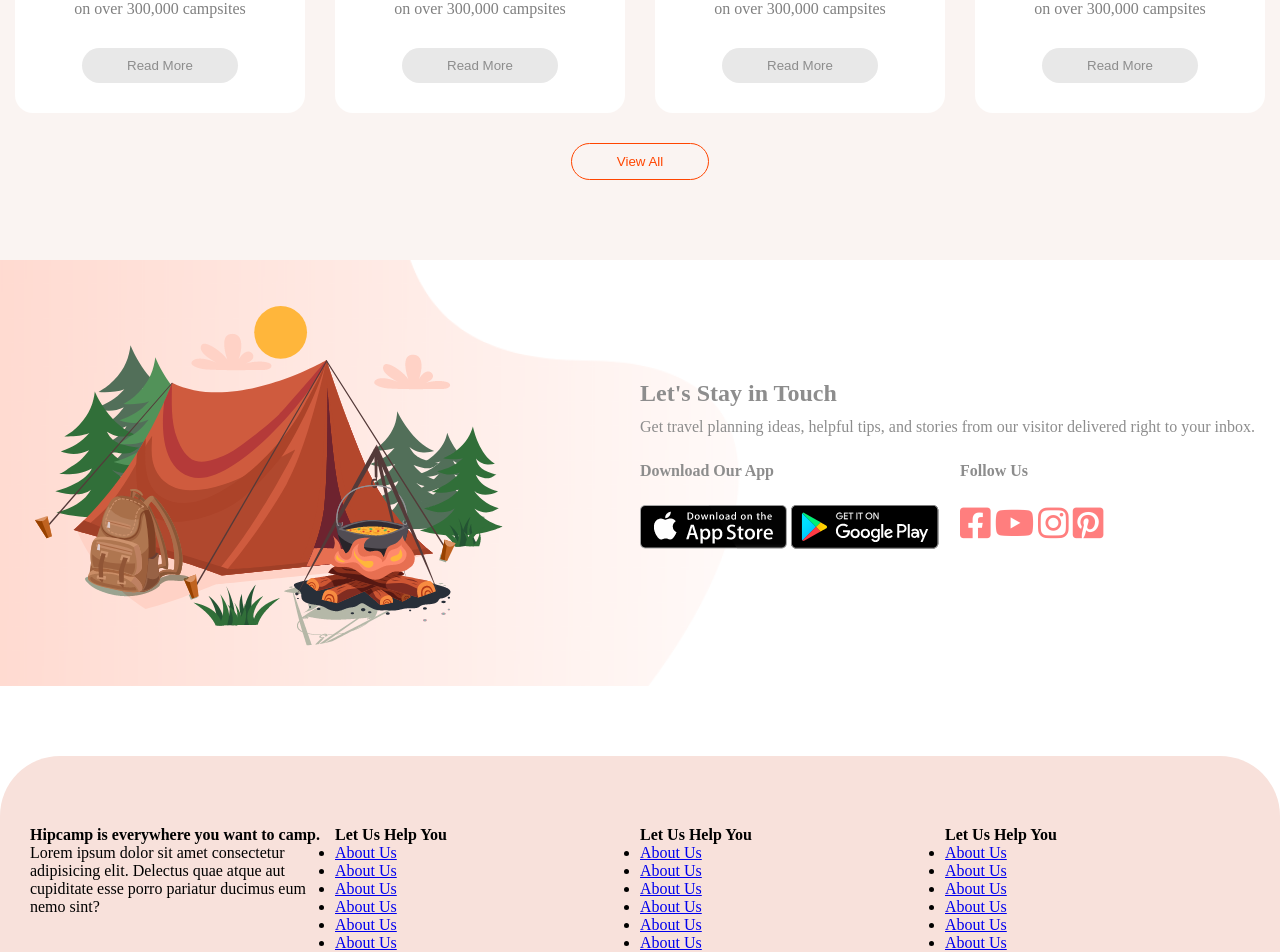
Repository: giahuy405/BC38_Camping_Pham_Gia_Huy
Page: index.html
The author's editor kept a copy of each file at every save. The page is drawn from the files as they stood at one save, then again after the next save.
The browser window is 1280 px wide. The pictures show the part of the page from y = 1175 to 2127 px (the page is 2127 px tall).

Above is the page before, as saved 2022-09-13 19:49:12.

After the next save:
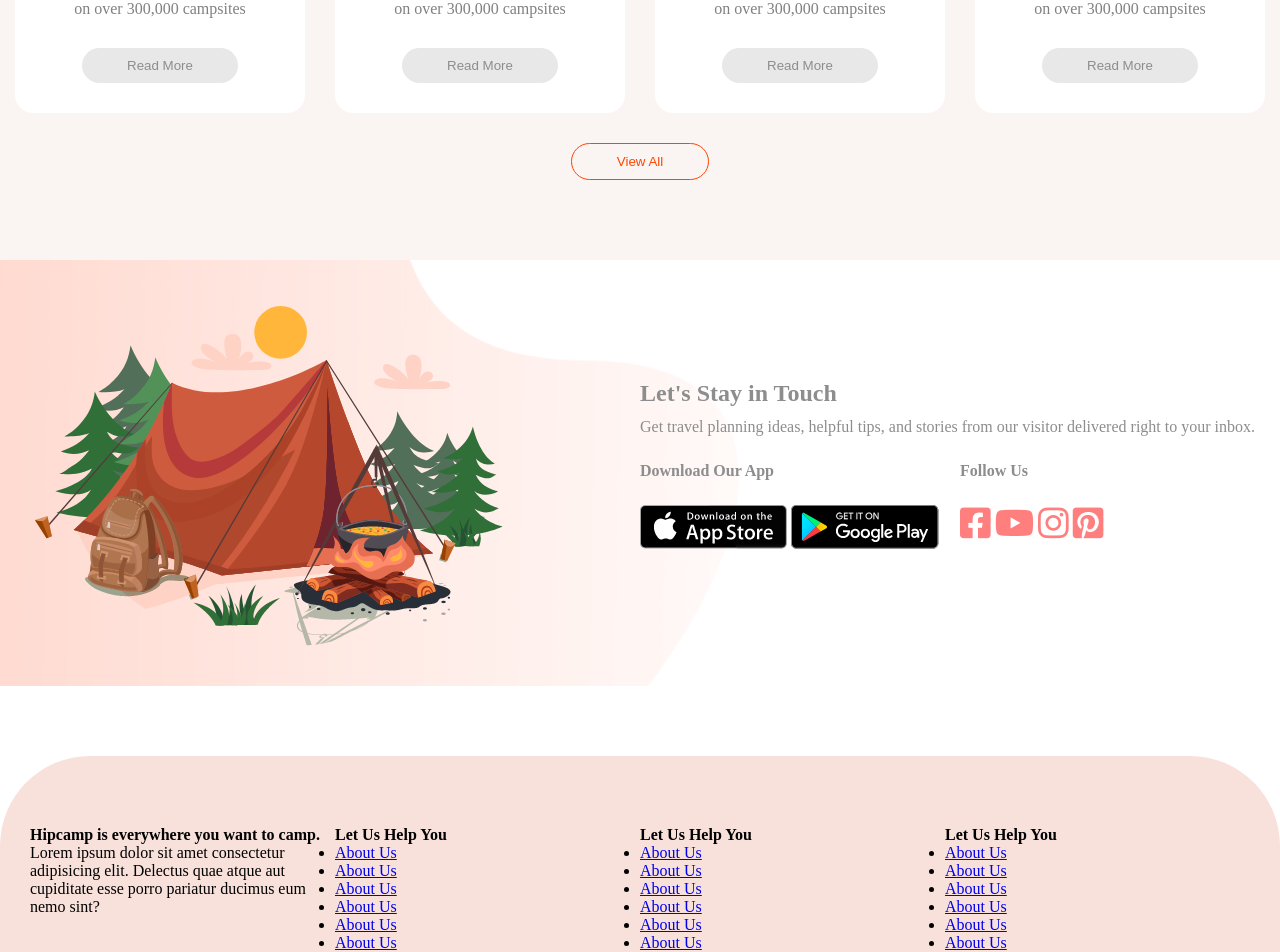
Saved 11 s later.
--- a/css/index.css
+++ b/css/index.css
@@ -161,8 +161,8 @@
 footer{
     background-color: #f8e1db;
     padding-top: 70px;
-    border-top-left-radius: 60px;
-    border-top-right-radius:60px;
+    border-top-left-radius: 90px;
+    border-top-right-radius:90px;
     padding-left: 30px;
     padding-right: 30px;
 }
